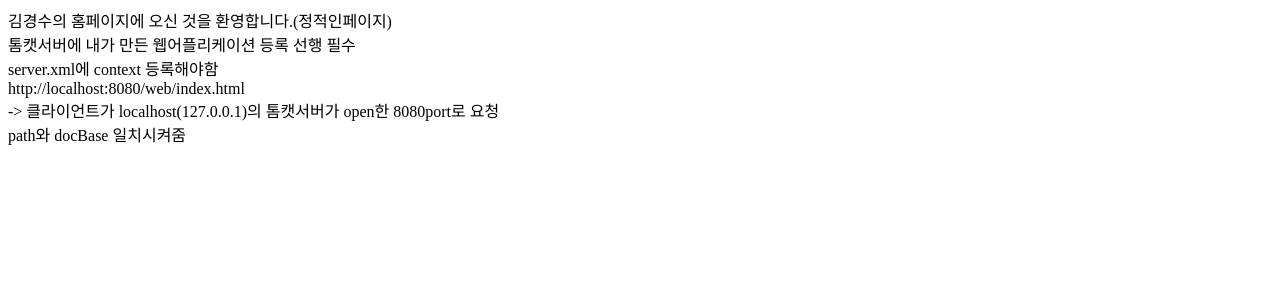
Repository: ainokks071/ServletJSP
Page: WEB/webapp/index.html
An editor plug-in stored every save of this project. The page is shown before and after the next save, followed by the edit.
The browser window is 1280 px wide. The pictures show the whole page.

Above is the page before, as saved 2023-07-31 07:55:30.

### WEB/webapp/index.html
<!DOCTYPE html>
<html>
<head>
<meta charset="UTF-8">
<title>Insert title here</title>
</head>
<body>

김경수의 홈페이지에 오신 것을 환영합니다.(정적인페이지) <br>
톰캣서버에 내가 만든 웹어플리케이션 등록 선행 필수 <br>
server.xml에 context 등록해야함 <br>
http://localhost:8080/web/index.html <br>
-> 클라이언트가 localhost(127.0.0.1)의 톰캣서버가 open한 8080port로 요청<br>
path와 docBase 일치시켜줌
</body>
</html>

After the next save:
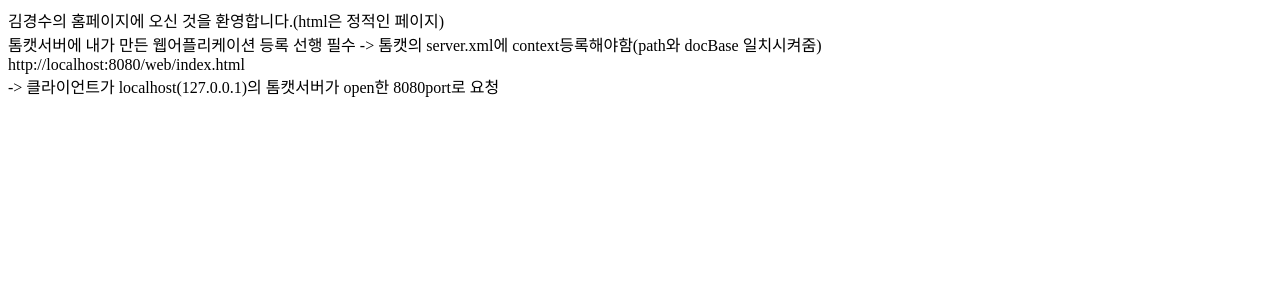
Saved 5 min 8 s later.
--- a/WEB/webapp/index.html
+++ b/WEB/webapp/index.html
@@ -6,11 +6,9 @@
 </head>
 <body>
 
-김경수의 홈페이지에 오신 것을 환영합니다.(정적인페이지) <br>
-톰캣서버에 내가 만든 웹어플리케이션 등록 선행 필수 <br>
-server.xml에 context 등록해야함 <br>
+김경수의 홈페이지에 오신 것을 환영합니다.(html은 정적인 페이지) <br>
+톰캣서버에 내가 만든 웹어플리케이션 등록 선행 필수 -> 톰캣의 server.xml에 context등록해야함(path와 docBase 일치시켜줌)<br>
 http://localhost:8080/web/index.html <br>
 -> 클라이언트가 localhost(127.0.0.1)의 톰캣서버가 open한 8080port로 요청<br>
-path와 docBase 일치시켜줌
 </body>
 </html>
